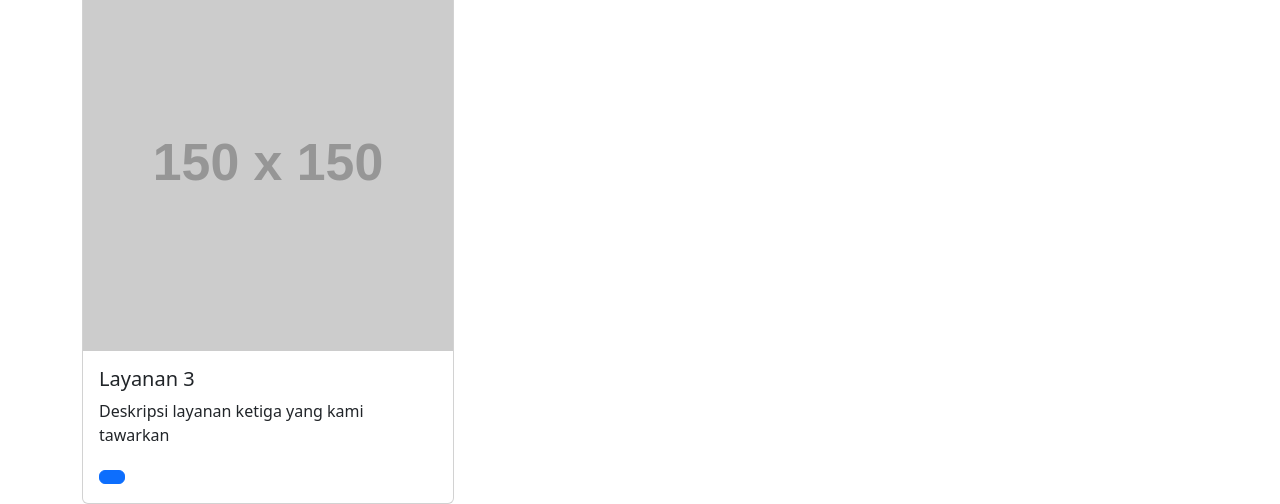
Repository: keyx-alt/pemrograman_web
Page: latihan24.html
These files come from the project's save history. The page is drawn as it stood at one moment and after the next save; the edit follows.
The browser window is 1280 px wide. The pictures show the part of the page from y = 858 to 1376 px (the page is 1362 px tall before and 1376 px after).
A picture or video elsewhere on the page could not be fetched, so the positions and the page height are approximate.

Above is the page before, as saved 2026-04-30 14:27:19.

After the next save:
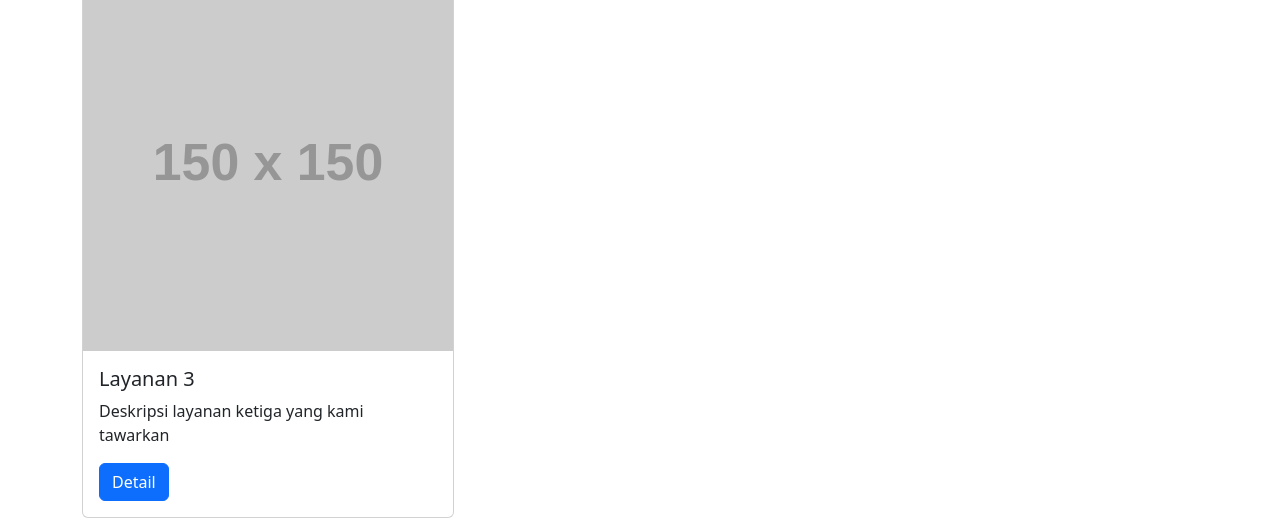
Saved 13 s later.
--- a/latihan24.html
+++ b/latihan24.html
@@ -49,7 +49,7 @@
                 <div class="card-body">
                     <h5 class="card-tittle">Layanan 3</h5>
                     <p class="card-text">Deskripsi layanan ketiga yang kami tawarkan</p>
-                    <a href="#" class="btn btn-primary"></a>
+                    <a href="#" class="btn btn-primary">Detail</a>
                 </div>
             </div>
         </div>
